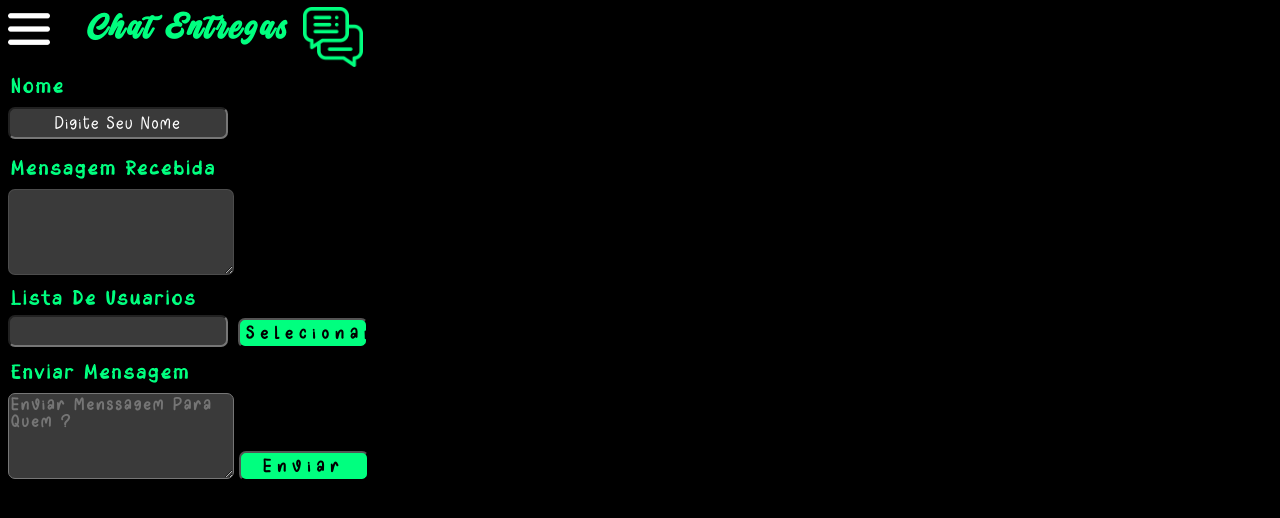
Repository: alfredo-allan/relatorioentregas
Page: pages/chatapp.html
An editor plug-in stored every save of this project. The page is shown before and after a run of saves, followed by the edit.
The browser window is 1280 px wide. The pictures show the whole page.
The page's requests for data from a server got no answer.

Above is the page before, as saved 2024-05-12 11:18:23.
Console error: TypeError: Cannot set properties of null (setting 'value')

### pages/chatapp.html
<!DOCTYPE html>
<html lang="pt-BR">
  <head>
    <meta charset="UTF-8" />
    <meta name="viewport" content="width=device-width, initial-scale=1.0" />
    <link rel="stylesheet" href="../style/styles.css" />
    <title>ChatApp</title>
  </head>
  <body>
    <header id="ChatApp">
      <img id="menu-icon" src="../img/barra-de-menu.png" alt="" />
      <div id="menu-options">
        <ul>
          <a href="/index.html"><li>Registrar Entrega</li></a>
          <a href="/pages/apagar.html"><li>Apagar Entrega</li></a>
          <a href="/pages/consultar.html"><li>Consultar Entregas</li></a>
          <a href="/pages/registrar.html"><li>Registar-Se</li></a>
        </ul>
      </div>
      <h1 id="textchat">Chat Entregas</h1>
      <img id="imgchat" src="../img/bater-papo.png" alt="" />
    </header>
    <div id="login">
      <span>Nome</span> <br />
      <input id="nomeusuario" type="text" placeholder="Digite Seu Nome" />
    </div>
    <div id="message">
      <span>Mensagem Recebida</span> <br />
      <div id="msgRecebida">
        <textarea id="msgInput" rows="4" disabled></textarea>
        <!-- Alterado para <textarea> -->
      </div>
      <span>Lista De Usuarios</span>
      <ul></ul>
      <div id="usuarios"></div>
      <br />
      <input id="lstUsu" type="text" />
      <button id="ctsUsu">Selecionar</button>

      <div id="msgEnviar">
        <span>Enviar Mensagem</span> <br />
        <textarea
          placeholder="Enviar Menssagem Para Quem ?"
          id="enviarMsg"
          type="text"
        ></textarea>
        <button id="enviarmsg">Enviar</button>
      </div>
    </div>
  </body>
  <script>
    document.addEventListener("DOMContentLoaded", function () {
      const nomeUsuarioInput = document.getElementById("nomeusuario");
      const msgRecebidaDiv = document.getElementById("msgRecebida");
      const usuariosUl = document.querySelector("#usuarios ul");
      const enviarMsgTextarea = document.getElementById("enviarMsg");

      // Função para verificar se o nome de usuário existe
      nomeUsuarioInput.addEventListener("change", function () {
        const username = nomeUsuarioInput.value;
        fetch(`http://192.168.10.20:8001/get_users?username=${username}`)
          .then((response) => {
            if (!response.ok) {
              throw new Error("Network response was not ok");
            }
            return response.json();
          })
          .then((data) => {
            if (data.users.length > 0) {
              // Usuário existe, carregar mensagens recebidas
              fetch(
                `http://192.168.10.20:8001/get_messages_for_user/${username}`
              )
                .then((response) => {
                  if (!response.ok) {
                    throw new Error("Network response was not ok");
                  }
                  return response.json();
                })
                .then((data) => {
                  const messages = data.messages;
                  // Exibir as mensagens recebidas no campo msgRecebida
                  msgRecebidaDiv.innerHTML = messages
                    .map(
                      (msg) =>
                        `<p><strong>${msg.sender}:</strong> ${msg.message}</p>`
                    )
                    .join("");
                })
                .catch((error) => {
                  console.error("Error:", error);
                });
            } else {
              // Usuário não existe
              console.log("Usuário não encontrado");
            }
          })
          .catch((error) => {
            console.error("Error:", error);
          });
      });

      // Função para carregar a lista de usuários
      fetch("http://192.168.10.20:8001/get_users")
        .then((response) => {
          if (!response.ok) {
            throw new Error("Network response was not ok");
          }
          return response.json();
        })
        .then((data) => {
          const users = data.users;
          // Exibir a lista de usuários
          usuariosUl.innerHTML = users
            .map((user) => `<li>${user.username}</li>`)
            .join("");

          // Adicionar evento de clique para os usuários da lista
          usuariosUl.addEventListener("click", function (event) {
            if (event.target.tagName === "LI") {
              const recipientUsername = event.target.textContent;
              // Preencher o campo de mensagem com o nome do usuário selecionado
              enviarMsgTextarea.value = `@${recipientUsername} `;
            }
          });
        })
        .catch((error) => {
          console.error("Error:", error);
        });
    });
  </script>
  <script src="../script.js"></script>
</html>

### style/styles.css
:root {
  --las-americas: "Las-americas", sans-serif;
  --gribble-font: "Gribble";
  --helootwuins-font: "HelooTwuins";
  --verde--color: #00ff7f;
}

body {
  background-color: black;
}

@font-face {
  font-family: "Las-americas";
  src: url("../fonts/las_americas/LasAmericas_PERSONAL_USE_ONLY.otf")
    format("truetype");
  /* Adicione mais formatos (e.g. woff, woff2) conforme necessário */
}

@font-face {
  font-family: "Gribble";
  src: url("../fonts/gribble/Gribble.ttf") format("truetype");
  /* Adicione mais formatos (e.g. woff, woff2) conforme necessário */
}

@font-face {
  font-family: "HelooTwuins";
  src: url("../fonts/hello_twins/HelloTwinsDEMO.otf") format("truetype");
  /* Adicione mais formatos (e.g. woff, woff2) conforme necessário */
}

header {
  img {
    width: 42px;
    margin-right: 14px;
    text-wrap: nowrap;
  }
}

img #menu-icon {
  margin-right: 20px;
  margin-left: -1%;
}

#text-top {
  text-align: center;
  font-family: var(--las-americas);
  color: white;
  letter-spacing: 1.2px;
  margin-top: 30px;
  font-size: 40px;
}

#delivery {
  color: red;
  font-family: var(--gribble-font);
  letter-spacing: 3px;
  font-size: 25px;
  font-weight: 900;
  color: var(--verde--color);
}

.column {
  display: flex;
  flex-direction: column;
  align-items: center;
  padding: 10px 20px 15px 15px;
  border: 1px solid #ccc;
  border-radius: 2%;
  width: 300px;
  margin: 0 auto;
}

#form {
  border-radius: 2%;
  margin-top: 110px;
  margin-bottom: 250px;
  span {
    color: #00ff7f;
    font-family: var(--gribble-font);
    font-size: 20px;
    letter-spacing: 2px;
    font-weight: 600;
  }
}

input {
  text-align: center;
  margin-bottom: 5px;
  padding: 5px;
  width: 100%;
  box-sizing: border-box;
  font-weight: 600;
  margin-bottom: 10px;
  background-color: rgba(255, 255, 255, 0.226);
  color: white;
  font-family: var(--helootwuins-font);
  letter-spacing: 2px;
  font-size: 18px;
  border-radius: 7px;
}

input::placeholder {
  text-align: center;
  color: white;
  font-family: var(--helootwuins-font);
  font-weight: 400;
  font-size: 18px;
}

button {
  width: 130px;
  height: 30px;
  border-radius: 2%;
  background-color: var(--verde--color);
  font-family: var(--helootwuins-font);
  font-size: 18px;
  letter-spacing: 7px;
  font-weight: 900;
  border-radius: 7px;
}

#confirmButton {
  margin-left: 8px;
  margin-right: 20px;
}

#menu-icon {
  cursor: pointer;
}

#menu-options {
  display: none;
  position: absolute;
  top: 0;
  left: 0;
  margin-top: 60px;
  width: 63%;
  height: 35vh;
  background-color: var(--verde--color);
  color: white;
  font-family: var(--gribble-font);
  font-weight: 900;
  border-bottom-right-radius: 10%;
  color: black;
  letter-spacing: 2px;
  z-index: 999;
}

a {
  text-decoration: none; /* Remove o sublinhado */
  color: black;
}

#menu-options ul {
  list-style: none;
  padding: 0;
  margin-left: 10px;
  font-size: 20px;
}

#menu-options ul li {
  padding: 10px;
  /* border-bottom: 1px solid white; */
}

#modal {
  background: black;
  text-align: center;
}

.modal {
  display: none; /* Escondido por padrão */
  position: fixed;
  z-index: 1;
  left: 0;
  top: 0;
  width: 100%;
  height: 100%;
  overflow: auto;
  background-color: rgba(0, 0, 0, 0.4);
}

.modal-content {
  background-color: #fefefe;
  margin: 15% auto;
  padding: 20px;
  border: 2px solid #888;
  width: 80%;
  border-radius: 10px;
  background-color: black;
  p {
    margin-top: 30px;
    text-align: left;
    text-wrap: nowrap;
    font-family: var(--gribble-font);
    letter-spacing: 3px;
    font-weight: 600;
    font-size: 20px;
    color: var(--verde--color);
  }
}

.close {
  color: #aaa;
  float: right;
  font-size: 28px;
  font-weight: bold;
}

.close:hover,
.close:focus {
  color: black;
  text-decoration: none;
  cursor: pointer;
}

#data-list {
  margin: 0 auto;
  left: 50%;
  transform: translateX(-50%);
  margin: 0 auto;
  left: 50%;
  top: 60%;
  transform: translate(-50%, -50%);
  /* border: 1px solid var(--cor-azul); */
  color: var(--verde--color);
  border-radius: 5px;
  max-height: 330px;
  overflow-y: auto;
  position: absolute;
  z-index: -1;
  margin-top: 110px;
  margin-left: 0px;
  width: 336px;
  list-style: none;
  .name {
    font-family: var(--helootwuins-font);
    font-weight: 900;
    font-size: 20px;
    letter-spacing: 1px;
  }
  .item {
    font-family: var(--helootwuins-font);
    font-weight: 500;
    font-size: 20px;
    color: white;
    letter-spacing: 1px;
  }
}

#data-list {
  width: 340px;
  height: 180px;
  overflow: auto;
  /* border: 1px solid black; */
  scrollbar-color: var(--verde--color) var(--verde--color);
}

#data-list img {
  width: 25px;
  margin-left: 15px;
  margin-right: 0px;
}

#data-list::-webkit-scrollbar {
  width: 10px; /* Largura da barra de rolagem */
}

#data-list::-webkit-scrollbar-thumb {
  background-color: white; /* Cor da barra de rolagem */
  border-radius: 5px; /* Raio de borda da barra de rolagem */
}

#texto-descritivo {
  text-align: justify;
  margin-top: 200px;
  position: fixed;
  font-family: var(--luthier-font);
  letter-spacing: 3px;
  line-height: 2;
  margin-right: 8px;
  font-weight: 900;
  color: var(--verde--color);
}

.name {
  font-family: var(--gribble-font);
  font-weight: 900;
  font-size: 17px;
}
.item {
  font-family: var(--helootwuins-font);
  font-weight: 500;
  font-size: 15;
  color: white;
}

#textchat {
  font-family: var(--las-americas);
  color: var(--verde--color);
  letter-spacing: 3px;
  margin-left: 80px;
  font-size: 30px;
  margin-top: -44px;
}

#imgchat {
  width: 60px;
  position: absolute;
  margin-left: 295px;
  margin-top: -60px;
}

#message {
  input {
    width: 220px;
  }
}

#login {
  width: 220px;
}

span {
  color: var(--verde--color);
  font-family: var(--gribble-font);
  font-size: 20px;
  padding: 3px;
  line-height: 2;
  letter-spacing: 3px;
  font-weight: 900;
}

#msgInput {
  width: 220px;
  height: 80px;
  background-color: rgba(255, 255, 255, 0.226);
  border-radius: 7px;
  font-family: var(--helootwuins-font);
  font-size: 17px;
  letter-spacing: 3px;
  color: var(--verde--color);
  font-weight: 600;
}

#enviarMsg {
  width: 220px;
  height: 80px;
  background-color: rgba(255, 255, 255, 0.226);
  border-radius: 7px;
  font-family: var(--helootwuins-font);
  font-size: 17px;
  letter-spacing: 3px;
  color: var(--verde--color);
  font-weight: 600;
}

#enviarmsg {
  margin-top: 58px;
  position: absolute;
  margin-left: 5px;
}

#textRegister {
  font-family: var(--las-americas);
  color: var(--verde--color);
  letter-spacing: 3px;
  margin-top: 10px;
  text-align: center;
  letter-spacing: 3px;
}

#Registrar {
  input {
    width: 170px;
  }
}

#btsRegistrar {
  margin-top: 4px;
  margin-left: 28px;
  position: absolute;
}

#lstUsu {
  position: absolute;
  margin-top: -38px;
}

#ctsUsu {
  position: absolute;
  margin-left: 230px;
  margin-top: -35px;
}

### script.js
const menuIcon = document.getElementById("menu-icon");
const menuOptions = document.getElementById("menu-options");

menuIcon.addEventListener("click", function () {
  if (menuOptions.style.display === "none") {
    menuOptions.style.display = "block";
  } else {
    menuOptions.style.display = "none";
  }
});

//input data pagina index e registro
document.getElementById("data-entrega").value = new Date().toISOString().slice(0, 10);
var currentDate = new Date().toISOString().slice(0, 10);
var formattedDate = currentDate.split("-").reverse().join("/");
document.getElementById("data-entrega").value = formattedDate;
  document
    .getElementById("data-entrega")
    .addEventListener("input", formatarData);

After the next 4 saves:
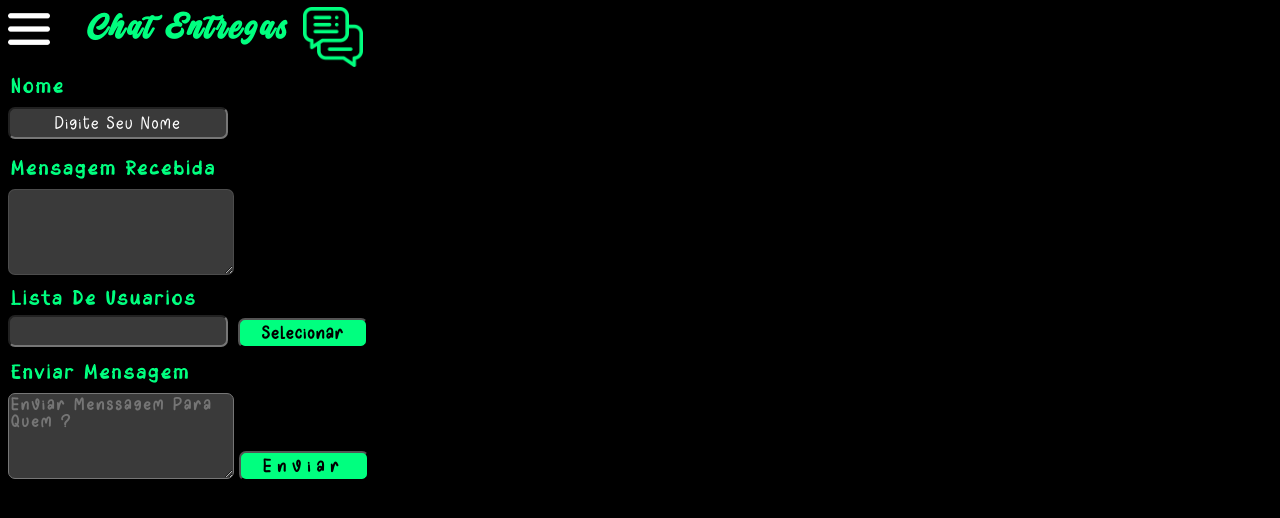
The 4 saves are shown as one change because they came seconds apart.
The last was saved 28 s later.
--- a/pages/chatapp.html
+++ b/pages/chatapp.html
@@ -35,7 +35,7 @@
       <div id="usuarios"></div>
       <br />
       <input id="lstUsu" type="text" />
-      <button id="ctsUsu">Selecionar</button>
+      <button  style="letter-spacing: 2px;" id="ctsUsu">Selecionar</button>
 
       <div id="msgEnviar">
         <span>Enviar Mensagem</span> <br />
